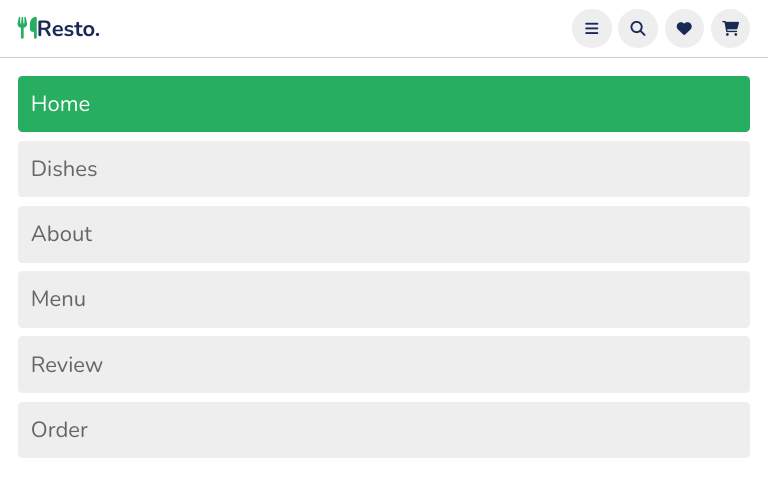
Repository: CarsonDev1/FoodWeb
Page: index.html
An editor plug-in stored every save of this project. The page is shown before and after the next save, followed by the edit.
The browser window is 768 px wide. The pictures show the whole page.
Some web libraries are served in a nearby version.

Above is the page before, as saved 2022-05-18 18:10:40.

### index.html
<!DOCTYPE html>
<html lang="en">
  <head>
    <meta charset="UTF-8" />
    <meta http-equiv="X-UA-Compatible" content="IE=edge" />
    <meta name="viewport" content="width=device-width, initial-scale=1.0" />
    <title>Document</title>
    <!-- CSS link -->
    <link rel="stylesheet" href="./css/style.css" />
    <!-- Google font -->
    <link rel="preconnect" href="https://fonts.googleapis.com" />
    <link rel="preconnect" href="https://fonts.gstatic.com" crossorigin />
    <link
      href="https://fonts.googleapis.com/css2?family=DM+Sans:wght@700&family=Manrope:wght@400;700;800&family=Nunito:wght@200;300;400;600;700&display=swap"
      rel="stylesheet"
    />
    <!-- font awesome cdn link -->
    <link
      rel="stylesheet"
      href="https://cdnjs.cloudflare.com/ajax/libs/font-awesome/6.1.1/css/all.min.css"
    />
  </head>
  <body>
    <!-- Header section start -->
    <header>
      <a href="#" class="logo"><i class="fas fa-utensils"></i>resto.</a>
      <nav class="navbar">
        <a class="active" href="#home">home</a>
        <a href="#dishes">dishes</a>
        <a href="#about">about</a>
        <a href="#menu">menu</a>
        <a href="#review">review</a>
        <a href="#order">order</a>
      </nav>
      <div class="icons">
        <i class="fas fa-bars" id="menu-bars"></i>
        <i class="fas fa-search" id="search-icon"></i>
        <a href="#" class="fas fa-heart"></a>
        <a href="#" class="fas fa-shopping-cart"></a>
      </div>
    </header>
    <!-- Header section end -->
    <!-- JS file link -->
    <script src="./js/app.js"></script>
  </body>
</html>

### css/style.css
:root {
  --green: #27ae60;
  --black: #192a56;
  --light-color: #666;
  --box-shadow: 0 0.5rem 1.5rem rgba(0, 0, 0, 0.1);
}
* {
  font-family: "Nunito", sans-serif;
  margin: 0;
  padding: 0;
  box-sizing: border-box;
  text-decoration: none;
  outline: none;
  border: none;
  text-transform: capitalize;
  transition: all 0.2s linear;
}
html {
  font-size: 62.5%;
  overflow-x: hidden;
  scroll-padding-top: 5.5rem;
  scroll-behavior: smooth;
}
header {
  position: fixed;
  top: 0;
  left: 0;
  right: 0;
  background: #fff;
  padding: 1rem 7%;
  display: flex;
  align-items: center;
  justify-content: space-between;
  z-index: 1000;
  box-shadow: var(--box-shadow);
}
header .logo {
  color: var(--black);
  font-size: 2.5rem;
  font-weight: bolder;
}
header .logo i {
  color: var(--green);
}
header .navbar a {
  font-size: 1.7rem;
  border-radius: 0.5rem;
  padding: 0.5rem 1.5rem;
  color: var(--light-color);
}
header .navbar a.active,
header .navbar a:hover {
  background: var(--green);
  color: #fff;
}
header .icons i,
header .icons a {
  cursor: pointer;
  margin-left: 0.5rem;
  height: 4.5rem;
  line-height: 4.5rem;
  width: 4.5rem;
  text-align: center;
  font-size: 1.7rem;
  color: var(--black);
  border-radius: 50%;
  background: #eee;
}
header .icons i:hover,
header .icons a:hover {
  color: #fff;
  background: var(--green);
  transform: rotate(360deg);
}
header .icons #menu-bars {
  display: none;
}

/* media queries */
@media (max-width: 991px) {
  html {
    font-size: 55%;
  }
  header {
    padding: 1rem 2rem;
  }
}
@media (max-width: 768px) {
  header .icons #menu-bars {
    display: inline-block;
  }
  header .navbar {
    position: absolute;
    top: 100%;
    left: 0;
    right: 0;
    background: #fff;
    border-top: 0.1rem solid rgba(0, 0, 0, 0.2);
    padding: 1rem;
  }
  header .navbar a {
    display: block;
    font-size: 2.5rem;
    padding: 1.5rem;
    margin: 1rem;
    background: #eee;
  }
}

Loaded but not shown: js/app.js (no copy from this time; the picture is the same without it)

After the next save:
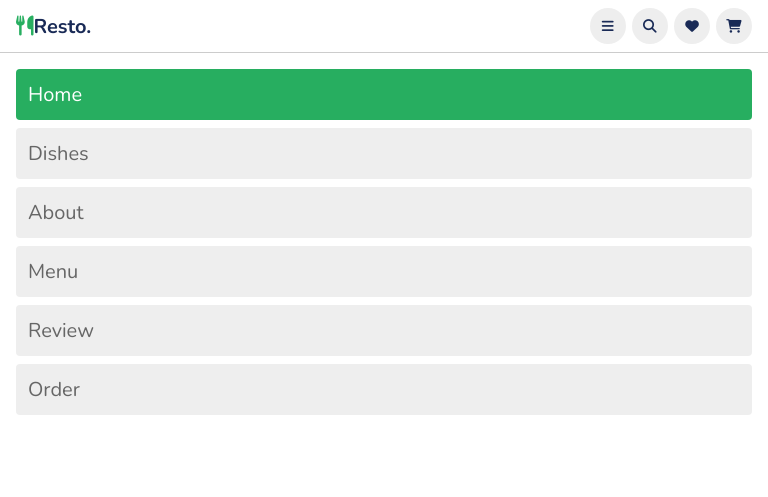
Saved 96 s later.
--- a/css/style.css
+++ b/css/style.css
@@ -106,3 +106,8 @@ header .icons #menu-bars {
     background: #eee;
   }
 }
+@media (max-width: 991px) {
+  html {
+    font-size: 50%;
+  }
+}
